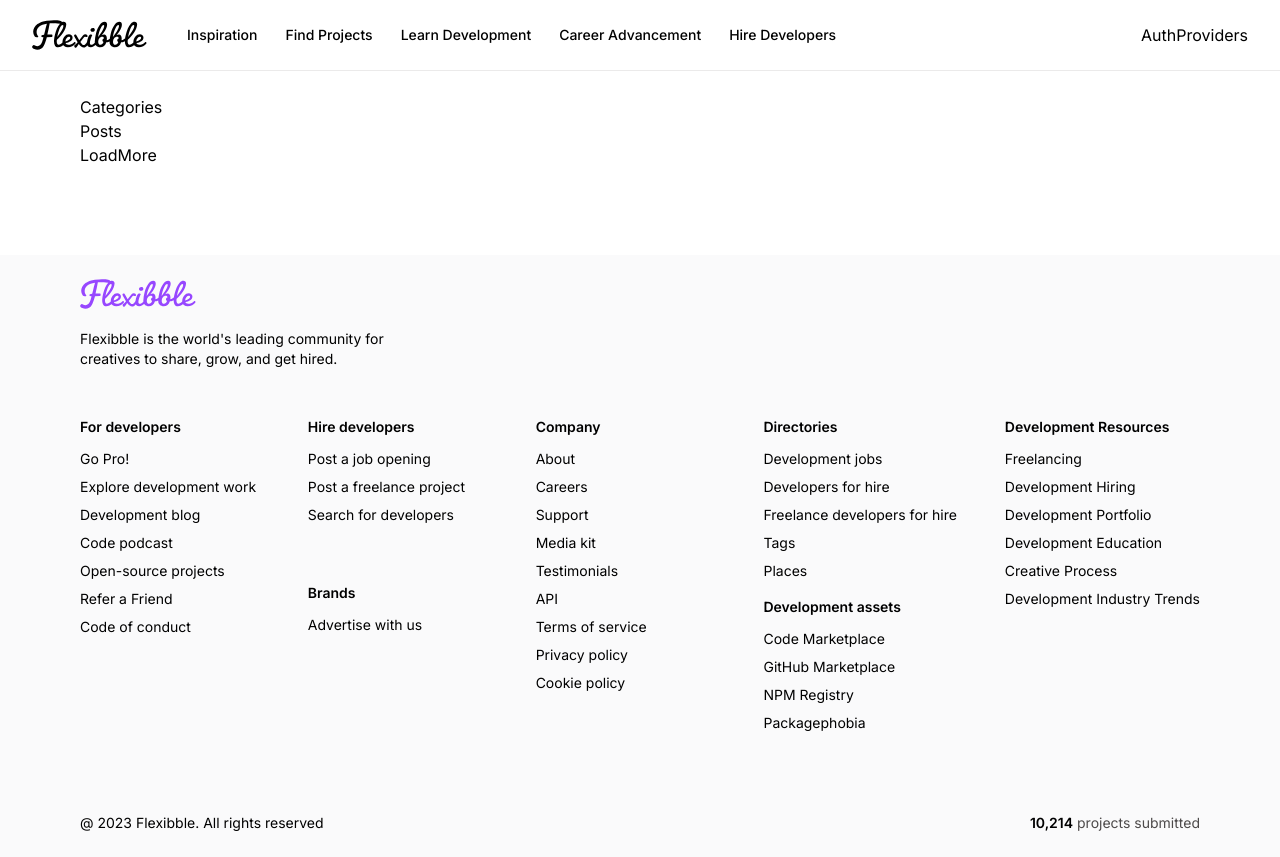
Repository: YUKIKAZE-nanoda/shigure_grafbase
Page: /
These files come from the project's save history. The page is drawn as it stood at one moment and after a run of saves; the edit follows.
The browser window is 1280 px wide. The pictures show the whole page.
The project was rebuilt for these pictures with package versions that can differ from the ones it lists, and the page was loaded fresh each time. The framework's server and built-in components were replaced by stand-ins that run in the browser. Also part of the build but not shown: next.config.js.

Above is the page before, as saved 2023-07-15 11:33:47.

### app/layout.tsx
import './globals.css'
import Footer from '@/components/Footer'
import Navbar from '@/components/Navbar'
export const metadata = {
  title: 'Flexibble',
  description: 'Showcase of flexbox layouts',
}

export default function RootLayout({
  children,
}: {
  children: React.ReactNode
}) {
  return (
    <html lang="en">

      <body>
        <Navbar />
        <main>{children}</main>
      </body>
      <Footer />
    </html>
  )
}

### app/page.tsx
const Home = () => {
    return (

        <section className="flex-start flex-col paddings mb-16">
            <h1>Categories</h1>
            <h1>Posts</h1>
            <h1>LoadMore</h1>
        </section>

    )
}

export default Home;

### components/Footer.tsx
import Image from "next/image";
import Link from "next/link";

import { footerLinks } from "@/constants";

type ColumnProps = {
    title: string;
    links: Array<string>;
};

const FooterColumn = ({ title, links }: ColumnProps) => (
    <div className="footer_column">
        <h4 className="font-semibold">{title}</h4>
        <ul className="flex flex-col gap-2 font-normal">
            {links.map((link) => <Link href="/" key={link}>{link}</Link>)}
        </ul>
    </div>
);

const Footer = () => (
    <section className="flexStart footer">
        <div className="flex flex-col gap-12 w-full">
            <div className="flex items-start flex-col">
                <Image src="/logo-purple.svg" width={116} height={38} alt="logo" />

                <p className="text-start text-sm font-normal mt-5 max-w-xs">
                    Flexibble is the world&apos;s leading community for creatives to share, grow, and get hired.
                </p>
            </div>
            <div className="flex flex-wrap gap-12">
                <FooterColumn title={footerLinks[0].title} links={footerLinks[0].links} />

                <div className="flex-1 flex flex-col gap-4">
                    <FooterColumn title={footerLinks[1].title} links={footerLinks[1].links} />
                    <FooterColumn title={footerLinks[2].title} links={footerLinks[2].links} />
                </div>

                <FooterColumn title={footerLinks[3].title} links={footerLinks[3].links} />

                <div className="flex-1 flex flex-col gap-4">
                    <FooterColumn title={footerLinks[4].title} links={footerLinks[4].links} />
                    <FooterColumn title={footerLinks[5].title} links={footerLinks[5].links} />
                </div>

                <FooterColumn title={footerLinks[6].title} links={footerLinks[6].links} />
            </div>
        </div>

        <div className="flexBetween footer_copyright">
            <p>@ 2023 Flexibble. All rights reserved</p>
            <p className="text-gray">
                <span className="text-black font-semibold">10,214</span> projects submitted
            </p>
        </div>
    </section>
);

export default Footer;

### components/Navbar.tsx
import Link from 'next/link';
import Image from 'next/image';
import { NavLinks } from '@/constants';
import AuthProviders from './AuthProviders';
const Navbar = () => {
    const session = null;
    return (
        <nav className="flexBetween navbar">
            <div className="flex-1 flexStart gap-10">
                <Link href="/">
                    <Image
                        src="/logo.svg"
                        width={115}
                        height={43}
                        alt="Flexibble"
                    />
                </Link>
                <ul className='xl:flex hidden text-small gap-7'>
                    {NavLinks.map((link) => (
                        <Link href={link.href} key={link.key}>
                            {link.text}
                        </Link>
                    ))}
                </ul>
            </div>
            <div className='flexCenter gap-4'>
                {session ? (
                    <>
                        UserPhoto
                        <Link href="/create-project">
                            Share you work
                        </Link>
                    </>
                ) : (
                    <AuthProviders></AuthProviders>
                )}
            </div>
        </nav>
    );
}

export default Navbar;

Loaded but not shown: app/globals.css (common file); constants/index.ts (common file); components/AuthProviders.tsx (common file); tailwind.config.js (common file)

After the next 2 saves:
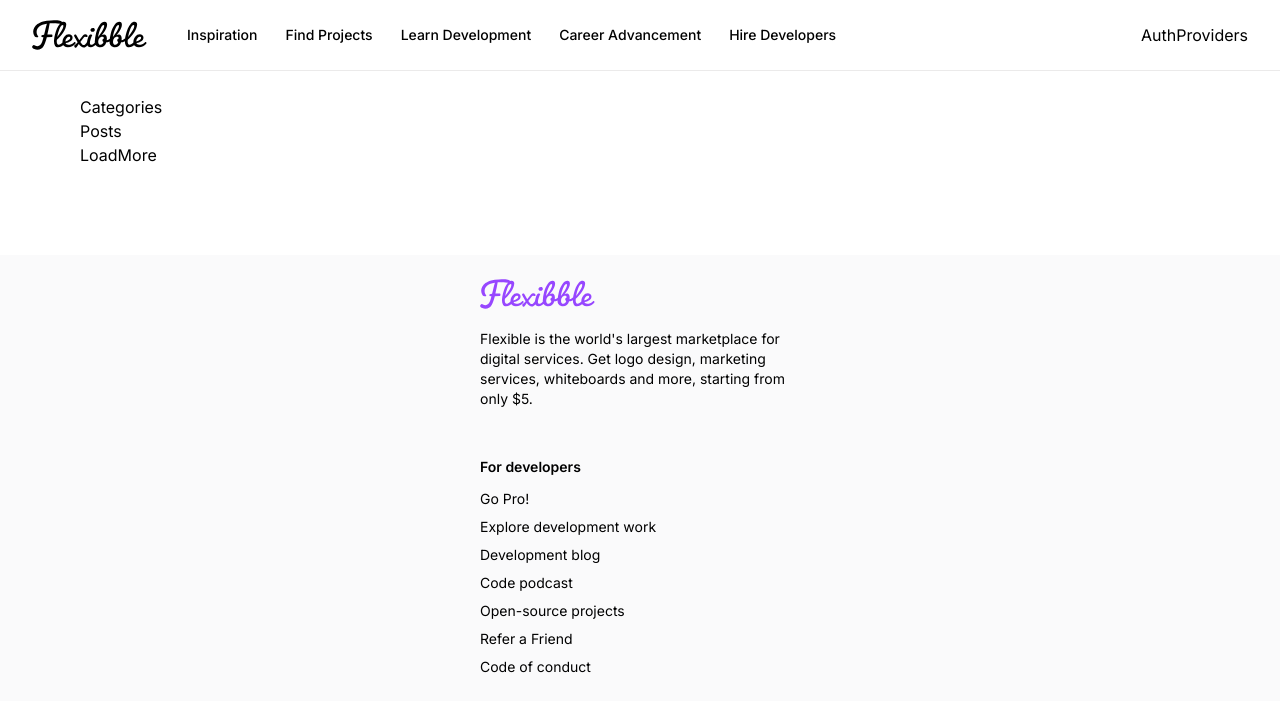
The 2 saves are shown as one change because they came seconds apart.
The last was saved 14 s later.
--- a/components/Footer.tsx
+++ b/components/Footer.tsx
@@ -1,13 +1,11 @@
 import Image from "next/image";
+import { footerLinks } from "@/constants";
 import Link from "next/link";
-
-import { footerLinks } from "@/constants";
 
 type ColumnProps = {
     title: string;
     links: Array<string>;
-};
-
+}
 const FooterColumn = ({ title, links }: ColumnProps) => (
     <div className="footer_column">
         <h4 className="font-semibold">{title}</h4>
@@ -16,43 +14,32 @@
         </ul>
     </div>
 );
+const Footer = () => {
+    return <footer className="flexStart footer">
+        <div className="flex flex-col gap-12 ">
+            <div className=" flex items-start flex-col">
+                <Image
+                    src="/logo-purple.svg"
+                    width={115}
+                    height={38}
+                    alt="Flexibble"
 
-const Footer = () => (
-    <section className="flexStart footer">
-        <div className="flex flex-col gap-12 w-full">
-            <div className="flex items-start flex-col">
-                <Image src="/logo-purple.svg" width={116} height={38} alt="logo" />
+                />
+                <p className="text-start text-sm font-normal mt-5 max-w-xs">
+                    Flexible is the world's largest marketplace for digital services. Get logo design, marketing services, whiteboards and more, starting from only $5.
 
-                <p className="text-start text-sm font-normal mt-5 max-w-xs">
-                    Flexibble is the world&apos;s leading community for creatives to share, grow, and get hired.
                 </p>
             </div>
             <div className="flex flex-wrap gap-12">
-                <FooterColumn title={footerLinks[0].title} links={footerLinks[0].links} />
+                <FooterColumn
+                    title={footerLinks[0].title}
+                    links={footerLinks[0].links}
 
-                <div className="flex-1 flex flex-col gap-4">
-                    <FooterColumn title={footerLinks[1].title} links={footerLinks[1].links} />
-                    <FooterColumn title={footerLinks[2].title} links={footerLinks[2].links} />
-                </div>
+                />
 
-                <FooterColumn title={footerLinks[3].title} links={footerLinks[3].links} />
-
-                <div className="flex-1 flex flex-col gap-4">
-                    <FooterColumn title={footerLinks[4].title} links={footerLinks[4].links} />
-                    <FooterColumn title={footerLinks[5].title} links={footerLinks[5].links} />
-                </div>
-
-                <FooterColumn title={footerLinks[6].title} links={footerLinks[6].links} />
             </div>
         </div>
-
-        <div className="flexBetween footer_copyright">
-            <p>@ 2023 Flexibble. All rights reserved</p>
-            <p className="text-gray">
-                <span className="text-black font-semibold">10,214</span> projects submitted
-            </p>
-        </div>
-    </section>
-);
+    </footer>
+}
 
 export default Footer;
